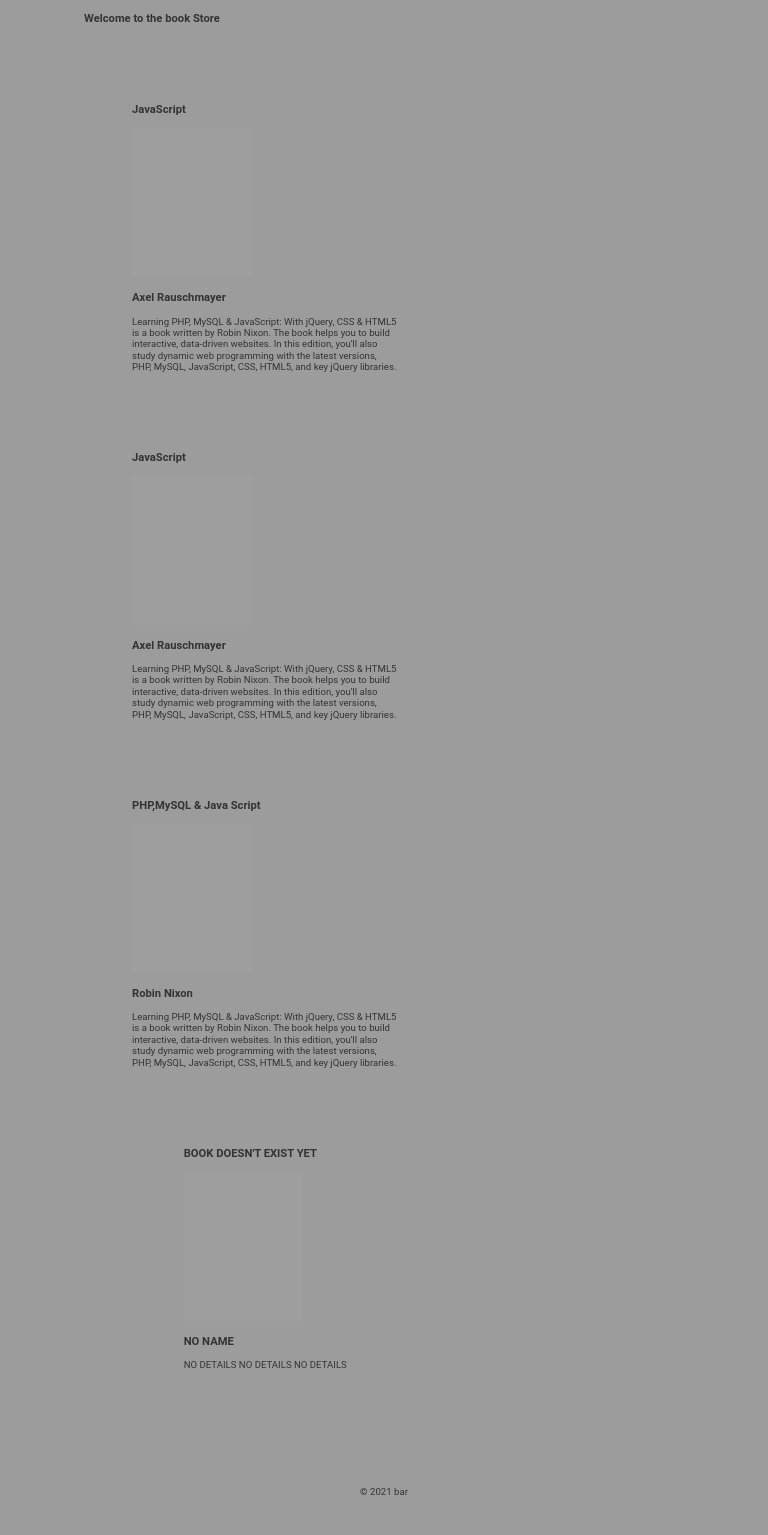
Repository: Axe33ile/React_JS
Page: / (app in book/)
The author's editor kept a copy of each file at every save. The page is drawn from the files as they stood at one save, then again after a run of saves.
The browser window is 1280 px wide. The pictures show the whole page, at 60% of full size.
Pictures or frames that could not be fetched are drawn as grey boxes. The project was rebuilt for these pictures with package versions that can differ from the ones it lists, and the page was loaded fresh each time.

Above is the page before, as saved 2021-04-24 00:29:27.

After the next 4 saves:
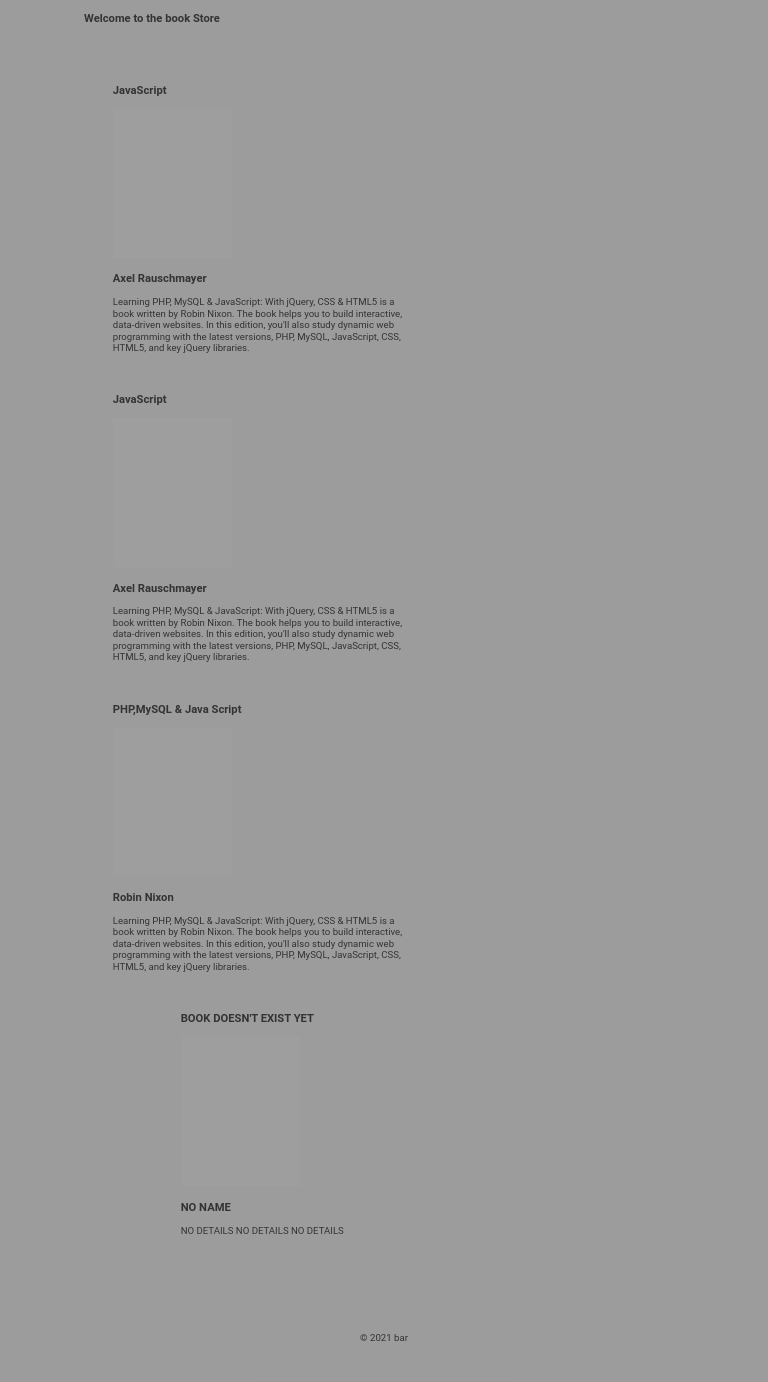
The 4 saves are shown as one change because they came seconds apart.
The last was saved 15 s later.
--- a/book/src/index.css
+++ b/book/src/index.css
@@ -52,11 +52,11 @@ footer {
   justify-content: center;
   padding: 2rem 0;
   margin:2rem;
-  width:540px;
+  width:530px;
 }
 
 .book {
-  margin: 3rem;
+  margin: 1rem;
 }
 
 .photo {
